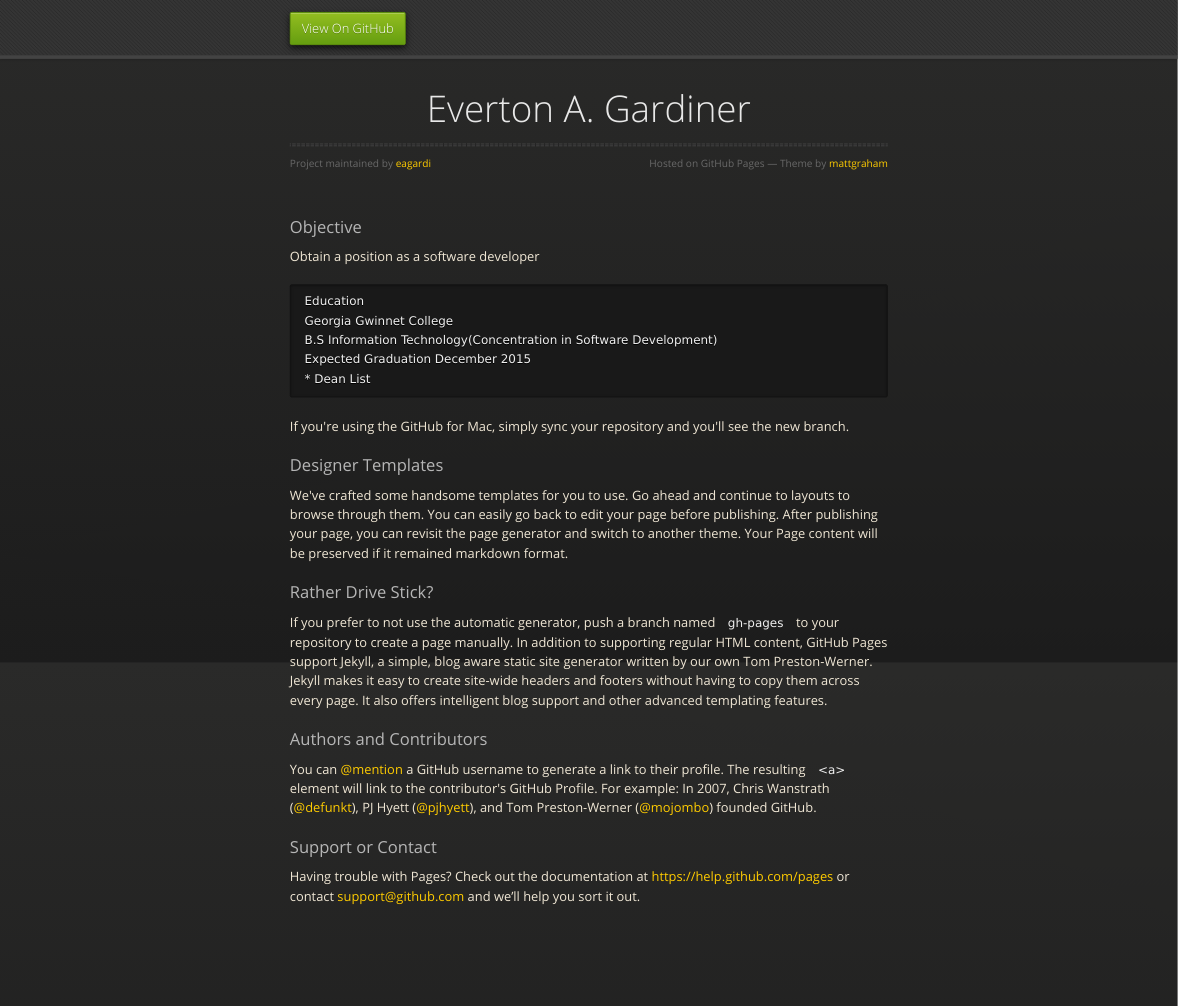
Repository: eagardi/eagardi.github.io
Page: index.html
The author's editor kept a record of every edit. The page is drawn from the files as they stood at one moment, then again after the next edit.
The browser window is 1280 px wide. The pictures show the whole page, at 92% of full size.
Backgrounds fixed to the window are drawn as part of the page. Some web libraries are served in a nearby version.

Above is the page before.

### index.html
<!doctype html>
<html>
  <head>
    <meta charset="utf-8">
    <meta http-equiv="X-UA-Compatible" content="chrome=1">
    <title>Everton A. Gardiner</title>
    <link rel="stylesheet" href="stylesheets/styles.css">
    <link rel="stylesheet" href="stylesheets/pygment_trac.css">
    <script src="https://ajax.googleapis.com/ajax/libs/jquery/1.7.1/jquery.min.js"></script>
    <script src="javascripts/respond.js"></script>
    <!--[if lt IE 9]>
      <script src="//html5shiv.googlecode.com/svn/trunk/html5.js"></script>
    <![endif]-->
    <!--[if lt IE 8]>
    <link rel="stylesheet" href="stylesheets/ie.css">
    <![endif]-->
    <meta name="viewport" content="width=device-width, initial-scale=1, user-scalable=no">

  </head>
  <body>
      <div id="header">
        <nav>
          <li class="fork"><a href="https://github.com/eagardi">View On GitHub</a></li>
        </nav>
      </div><!-- end header -->

    <div class="wrapper">

      <section>
        <div id="title">
          <h1>Everton A. Gardiner</h1>
          <p></p>
          <hr>
          <span class="credits left">Project maintained by <a href="https://github.com/eagardi">eagardi</a></span>
          <span class="credits right">Hosted on GitHub Pages &mdash; Theme by <a href="https://twitter.com/michigangraham">mattgraham</a></span>
        </div>

        <h3>
<a id="welcome-to-github-pages" class="anchor" href="#welcome-to-github-pages" aria-hidden="true"><span class="octicon octicon-link"></span></a>Objective</h3>

<p>Obtain a position as a software developer</p>

<pre><code>Education
Georgia Gwinnet College
B.S Information Technology(Concentration in Software Development)
Expected Graduation December 2015
* Dean List
</code></pre>

<p>If you're using the GitHub for Mac, simply sync your repository and you'll see the new branch.</p>

<h3>
<a id="designer-templates" class="anchor" href="#designer-templates" aria-hidden="true"><span class="octicon octicon-link"></span></a>Designer Templates</h3>

<p>We've crafted some handsome templates for you to use. Go ahead and continue to layouts to browse through them. You can easily go back to edit your page before publishing. After publishing your page, you can revisit the page generator and switch to another theme. Your Page content will be preserved if it remained markdown format.</p>

<h3>
<a id="rather-drive-stick" class="anchor" href="#rather-drive-stick" aria-hidden="true"><span class="octicon octicon-link"></span></a>Rather Drive Stick?</h3>

<p>If you prefer to not use the automatic generator, push a branch named <code>gh-pages</code> to your repository to create a page manually. In addition to supporting regular HTML content, GitHub Pages support Jekyll, a simple, blog aware static site generator written by our own Tom Preston-Werner. Jekyll makes it easy to create site-wide headers and footers without having to copy them across every page. It also offers intelligent blog support and other advanced templating features.</p>

<h3>
<a id="authors-and-contributors" class="anchor" href="#authors-and-contributors" aria-hidden="true"><span class="octicon octicon-link"></span></a>Authors and Contributors</h3>

<p>You can <a href="https://github.com/blog/821" class="user-mention">@mention</a> a GitHub username to generate a link to their profile. The resulting <code>&lt;a&gt;</code> element will link to the contributor's GitHub Profile. For example: In 2007, Chris Wanstrath (<a href="https://github.com/defunkt" class="user-mention">@defunkt</a>), PJ Hyett (<a href="https://github.com/pjhyett" class="user-mention">@pjhyett</a>), and Tom Preston-Werner (<a href="https://github.com/mojombo" class="user-mention">@mojombo</a>) founded GitHub.</p>

<h3>
<a id="support-or-contact" class="anchor" href="#support-or-contact" aria-hidden="true"><span class="octicon octicon-link"></span></a>Support or Contact</h3>

<p>Having trouble with Pages? Check out the documentation at <a href="https://help.github.com/pages">https://help.github.com/pages</a> or contact <a href="mailto:support@github.com">support@github.com</a> and we’ll help you sort it out.</p>
      </section>

    </div>
    <!--[if !IE]><script>fixScale(document);</script><![endif]-->

  </body>
</html>

### stylesheets/pygment_trac.css
.highlight .hll { background-color: #404040 }
.highlight  { color: #d0d0d0 }
.highlight .c { color: #999999; font-style: italic } /* Comment */
.highlight .err { color: #a61717; background-color: #e3d2d2 } /* Error */
.highlight .g { color: #d0d0d0 } /* Generic */
.highlight .k { color: #6ab825; font-weight: normal } /* Keyword */
.highlight .l { color: #d0d0d0 } /* Literal */
.highlight .n { color: #d0d0d0 } /* Name */
.highlight .o { color: #d0d0d0 } /* Operator */
.highlight .x { color: #d0d0d0 } /* Other */
.highlight .p { color: #d0d0d0 } /* Punctuation */
.highlight .cm { color: #999999; font-style: italic } /* Comment.Multiline */
.highlight .cp { color: #cd2828; font-weight: normal } /* Comment.Preproc */
.highlight .c1 { color: #999999; font-style: italic } /* Comment.Single */
.highlight .cs { color: #e50808; font-weight: normal; background-color: #520000 } /* Comment.Special */
.highlight .gd { color: #d22323 } /* Generic.Deleted */
.highlight .ge { color: #d0d0d0; font-style: italic } /* Generic.Emph */
.highlight .gr { color: #d22323 } /* Generic.Error */
.highlight .gh { color: #ffffff; font-weight: normal } /* Generic.Heading */
.highlight .gi { color: #589819 } /* Generic.Inserted */
.highlight .go { color: #cccccc } /* Generic.Output */
.highlight .gp { color: #aaaaaa } /* Generic.Prompt */
.highlight .gs { color: #d0d0d0; font-weight: normal } /* Generic.Strong */
.highlight .gu { color: #ffffff; text-decoration: underline } /* Generic.Subheading */
.highlight .gt { color: #d22323 } /* Generic.Traceback */
.highlight .kc { color: #6ab825; font-weight: normal } /* Keyword.Constant */
.highlight .kd { color: #6ab825; font-weight: normal } /* Keyword.Declaration */
.highlight .kn { color: #6ab825; font-weight: normal } /* Keyword.Namespace */
.highlight .kp { color: #6ab825 } /* Keyword.Pseudo */
.highlight .kr { color: #6ab825; font-weight: normal } /* Keyword.Reserved */
.highlight .kt { color: #6ab825; font-weight: normal } /* Keyword.Type */
.highlight .ld { color: #d0d0d0 } /* Literal.Date */
.highlight .m { color: #3677a9 } /* Literal.Number */
.highlight .s { color: #9dd5f1 } /* Literal.String */
.highlight .na { color: #bbbbbb } /* Name.Attribute */
.highlight .nb { color: #24909d } /* Name.Builtin */
.highlight .nc { color: #447fcf; text-decoration: underline } /* Name.Class */
.highlight .no { color: #40ffff } /* Name.Constant */
.highlight .nd { color: #ffa500 } /* Name.Decorator */
.highlight .ni { color: #d0d0d0 } /* Name.Entity */
.highlight .ne { color: #bbbbbb } /* Name.Exception */
.highlight .nf { color: #447fcf } /* Name.Function */
.highlight .nl { color: #d0d0d0 } /* Name.Label */
.highlight .nn { color: #447fcf; text-decoration: underline } /* Name.Namespace */
.highlight .nx { color: #d0d0d0 } /* Name.Other */
.highlight .py { color: #d0d0d0 } /* Name.Property */
.highlight .nt { color: #6ab825;} /* Name.Tag */
.highlight .nv { color: #40ffff } /* Name.Variable */
.highlight .ow { color: #6ab825; font-weight: normal } /* Operator.Word */
.highlight .w { color: #666666 } /* Text.Whitespace */
.highlight .mf { color: #3677a9 } /* Literal.Number.Float */
.highlight .mh { color: #3677a9 } /* Literal.Number.Hex */
.highlight .mi { color: #3677a9 } /* Literal.Number.Integer */
.highlight .mo { color: #3677a9 } /* Literal.Number.Oct */
.highlight .sb { color: #9dd5f1 } /* Literal.String.Backtick */
.highlight .sc { color: #9dd5f1 } /* Literal.String.Char */
.highlight .sd { color: #9dd5f1 } /* Literal.String.Doc */
.highlight .s2 { color: #9dd5f1 } /* Literal.String.Double */
.highlight .se { color: #9dd5f1 } /* Literal.String.Escape */
.highlight .sh { color: #9dd5f1 } /* Literal.String.Heredoc */
.highlight .si { color: #9dd5f1 } /* Literal.String.Interpol */
.highlight .sx { color: #ffa500 } /* Literal.String.Other */
.highlight .sr { color: #9dd5f1 } /* Literal.String.Regex */
.highlight .s1 { color: #9dd5f1 } /* Literal.String.Single */
.highlight .ss { color: #9dd5f1 } /* Literal.String.Symbol */
.highlight .bp { color: #24909d } /* Name.Builtin.Pseudo */
.highlight .vc { color: #40ffff } /* Name.Variable.Class */
.highlight .vg { color: #40ffff } /* Name.Variable.Global */
.highlight .vi { color: #40ffff } /* Name.Variable.Instance */
.highlight .il { color: #3677a9 } /* Literal.Number.Integer.Long */

Loaded but not shown: javascripts/respond.js (778 lines, source omitted); stylesheets/styles.css (851 lines, source omitted)

After the next edit:
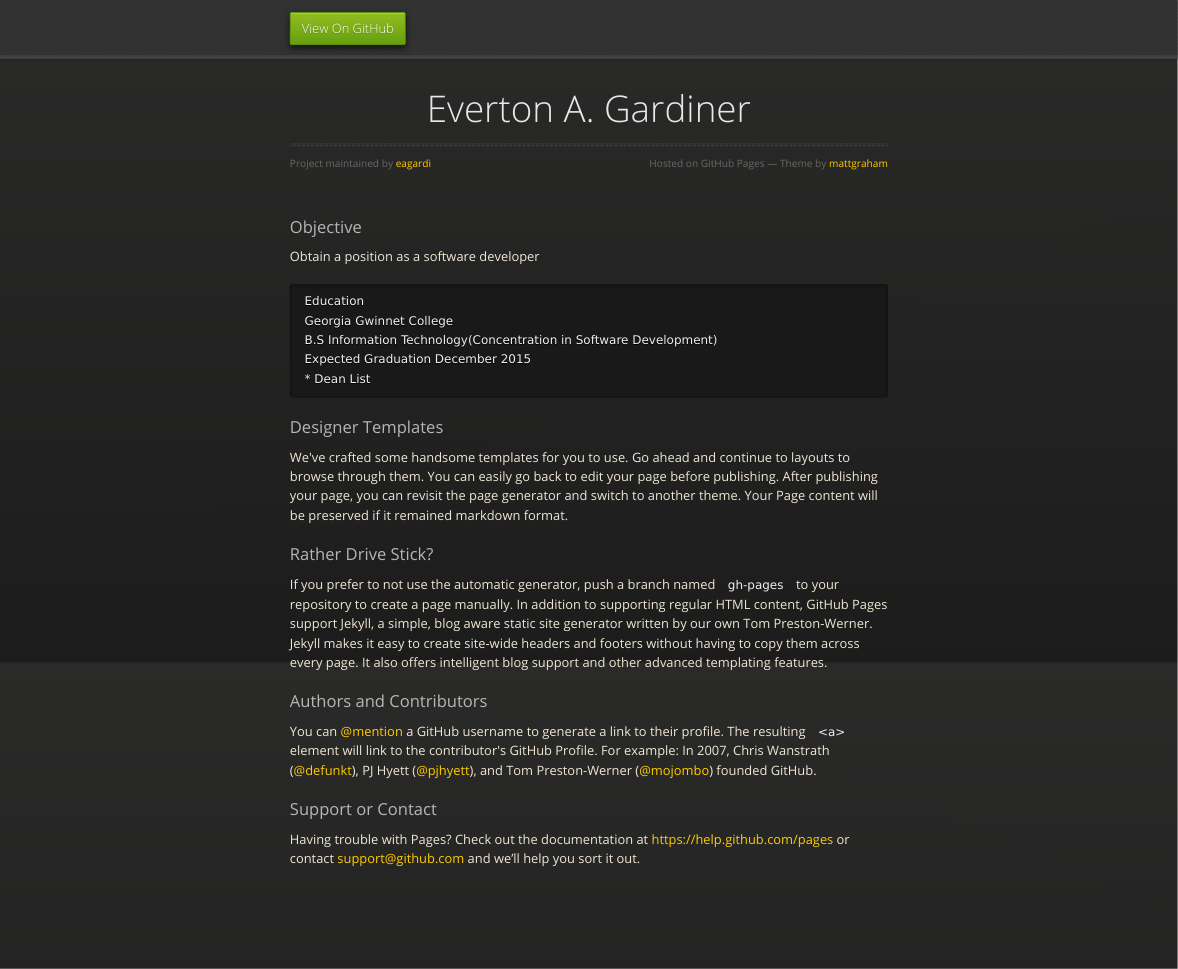
The edit:
--- a/index.html
+++ b/index.html
@@ -47,7 +47,6 @@
 * Dean List
 </code></pre>
 
-<p>If you're using the GitHub for Mac, simply sync your repository and you'll see the new branch.</p>
 
 <h3>
 <a id="designer-templates" class="anchor" href="#designer-templates" aria-hidden="true"><span class="octicon octicon-link"></span></a>Designer Templates</h3>
